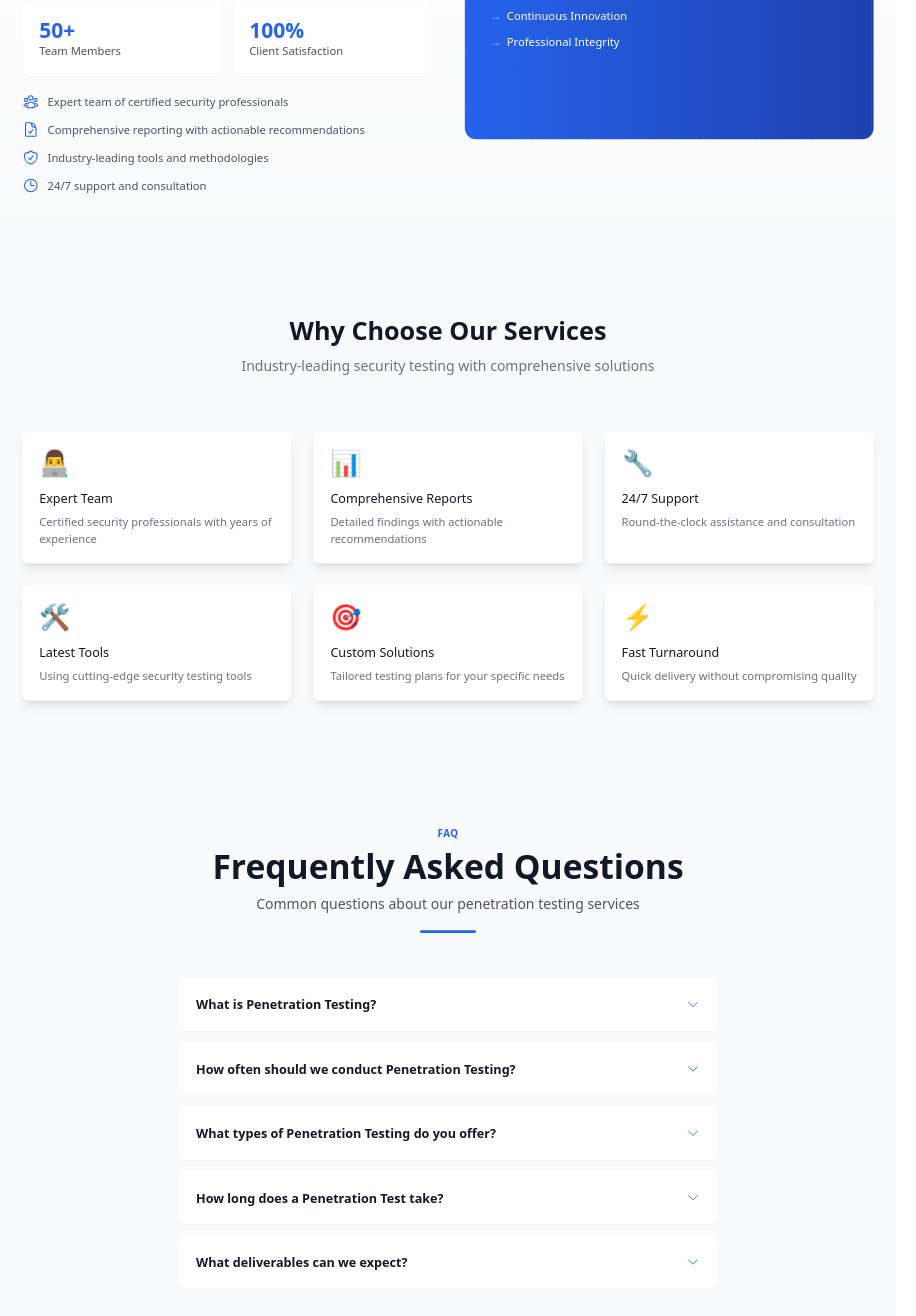
Repository: ZSayless/Penetration-test
Page: /
The author's editor kept a copy of each file at every save. The page is drawn from the files as they stood at one save, then again after a run of saves.
The browser window is 1280 px wide. The page is 1308 px wide, so the pictures cover 1308 px, including what lies to the right of the window. The pictures show the part of the page from y = 4620 to 6500 px (the page is 8145 px tall before and 8305 px after), at 70% of full size.
The project was rebuilt for these pictures with package versions that can differ from the ones it lists, and the page was loaded fresh each time. The framework's server and built-in components were replaced by stand-ins that run in the browser. Also part of the build but not shown: next.config.js.

Above is the page before, as saved 2024-12-06 10:31:47.

After the next 2 saves:
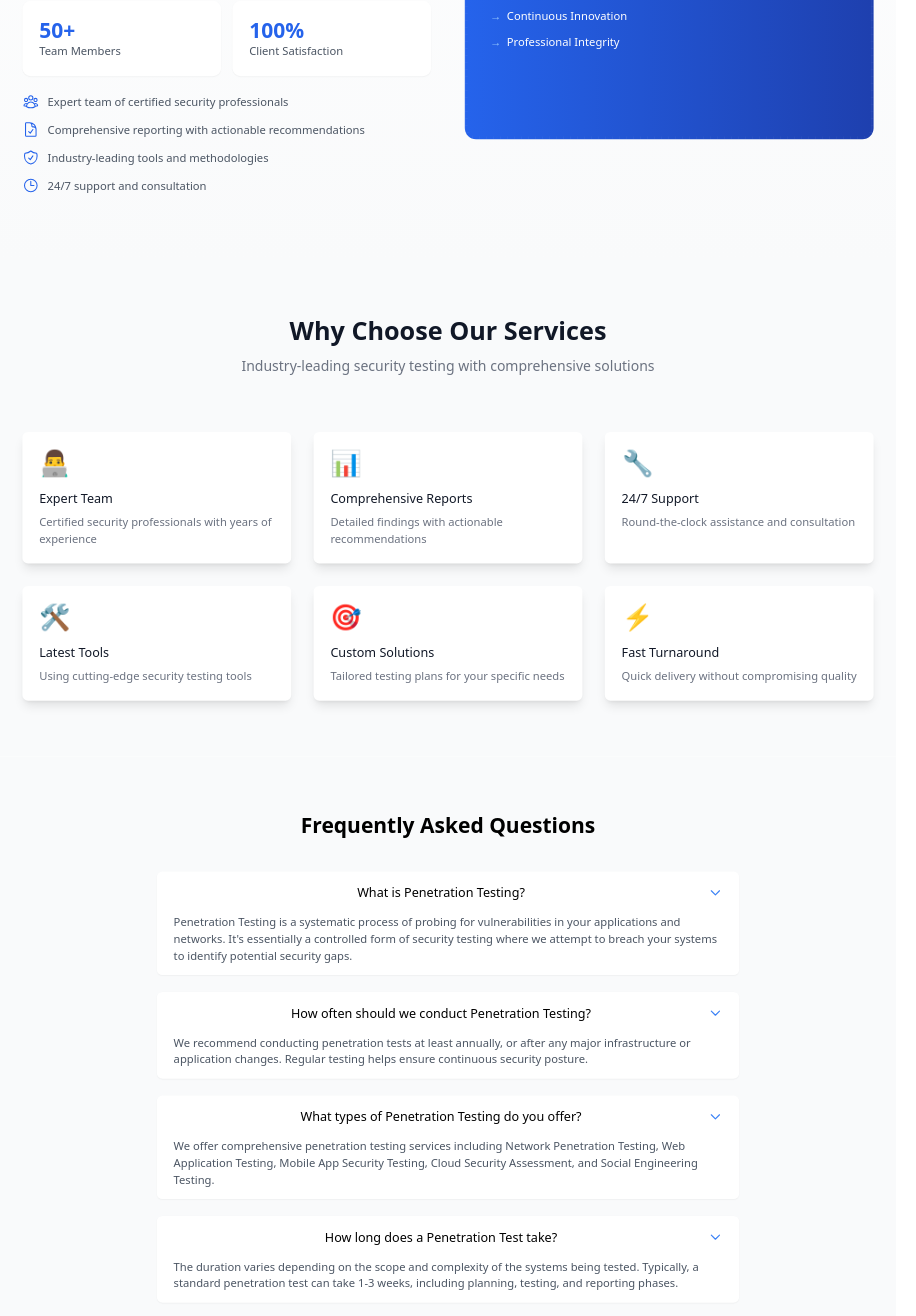
The 2 saves are shown as one change because they came seconds apart.
The last was saved 2 min 3 s later.
--- a/src/components/sections/FAQ.tsx
+++ b/src/components/sections/FAQ.tsx
@@ -7,11 +7,11 @@ import { ChevronDownIcon } from '@heroicons/react/24/outline';
 const faqs = [
   {
     question: "What is Penetration Testing?",
-    answer: "Penetration Testing is a controlled cybersecurity assessment that simulates real-world attacks to identify vulnerabilities in your systems, networks, and applications before malicious hackers can exploit them."
+    answer: "Penetration Testing is a systematic process of probing for vulnerabilities in your applications and networks. It's essentially a controlled form of security testing where we attempt to breach your systems to identify potential security gaps."
   },
   {
     question: "How often should we conduct Penetration Testing?",
-    answer: "We recommend conducting penetration tests at least annually, or after significant infrastructure changes, new system deployments, or major application updates. Regular testing ensures continuous security assessment."
+    answer: "We recommend conducting penetration tests at least annually, or after any major infrastructure or application changes. Regular testing helps ensure continuous security posture."
   },
   {
     question: "What types of Penetration Testing do you offer?",
@@ -50,67 +50,32 @@ export default function FAQ() {
   };
 
   return (
-    <section id="faq" className="py-24 bg-gray-50">
-      <div className="max-w-7xl mx-auto px-4 sm:px-6 lg:px-8">
-        <motion.div
-          initial={{ opacity: 0, y: 20 }}
-          whileInView={{ opacity: 1, y: 0 }}
-          viewport={{ once: true }}
-          className="text-center mb-16"
-        >
-          <span className="text-blue-600 font-semibold text-sm uppercase tracking-wider">FAQ</span>
-          <h2 className="mt-3 text-4xl md:text-5xl font-bold text-gray-900 leading-tight">
-            Frequently Asked Questions
-          </h2>
-          <div className="mt-4 max-w-3xl mx-auto">
-            <p className="text-xl text-gray-600">
-              Common questions about our penetration testing services
-            </p>
-          </div>
-          <div className="mt-6 flex justify-center">
-            <div className="h-1 w-20 bg-blue-600 rounded-full"></div>
-          </div>
-        </motion.div>
-
-        <div className="max-w-3xl mx-auto">
+    <section id="faq" className="py-20 bg-gray-50">
+      <div className="max-w-4xl mx-auto px-4 sm:px-6 lg:px-8">
+        <h2 className="text-3xl font-bold text-center mb-12">Frequently Asked Questions</h2>
+        <div className="space-y-6">
           {faqs.map((faq, index) => (
-            <motion.div
+            <div
               key={index}
-              initial={{ opacity: 0, y: 20 }}
-              whileInView={{ opacity: 1, y: 0 }}
-              viewport={{ once: true }}
-              transition={{ delay: index * 0.1 }}
-              className="mb-4"
+              className="bg-white rounded-lg shadow-sm hover:shadow-md transition-shadow duration-300"
             >
               <button
-                onClick={() => setOpenIndex(openIndex === index ? null : index)}
-                className="w-full flex justify-between items-center p-6 bg-white rounded-lg shadow-sm hover:shadow-md transition-all duration-200"
+                className="w-full px-6 py-4 text-lg font-medium text-center flex items-center justify-between"
               >
-                <span className="text-lg font-semibold text-gray-900">{faq.question}</span>
-                <motion.div
-                  animate={{ rotate: openIndex === index ? 180 : 0 }}
-                  transition={{ duration: 0.2 }}
+                <span className="flex-1">{faq.question}</span>
+                <svg
+                  className="w-5 h-5 text-blue-500 transform transition-transform duration-200"
+                  fill="none"
+                  viewBox="0 0 24 24"
+                  stroke="currentColor"
                 >
-                  <ChevronDownIcon className="w-5 h-5 text-blue-600" />
-                </motion.div>
+                  <path strokeLinecap="round" strokeLinejoin="round" strokeWidth={2} d="M19 9l-7 7-7-7" />
+                </svg>
               </button>
-
-              <AnimatePresence>
-                {openIndex === index && (
-                  <motion.div
-                    variants={answerVariants}
-                    initial="hidden"
-                    animate="visible"
-                    exit="hidden"
-                    className="overflow-hidden"
-                  >
-                    <div className="p-6 bg-gray-50 rounded-b-lg">
-                      <p className="text-gray-600">{faq.answer}</p>
-                    </div>
-                  </motion.div>
-                )}
-              </AnimatePresence>
-            </motion.div>
+              <div className="px-6 pb-4">
+                <p className="text-gray-600">{faq.answer}</p>
+              </div>
+            </div>
           ))}
         </div>
       </div>
